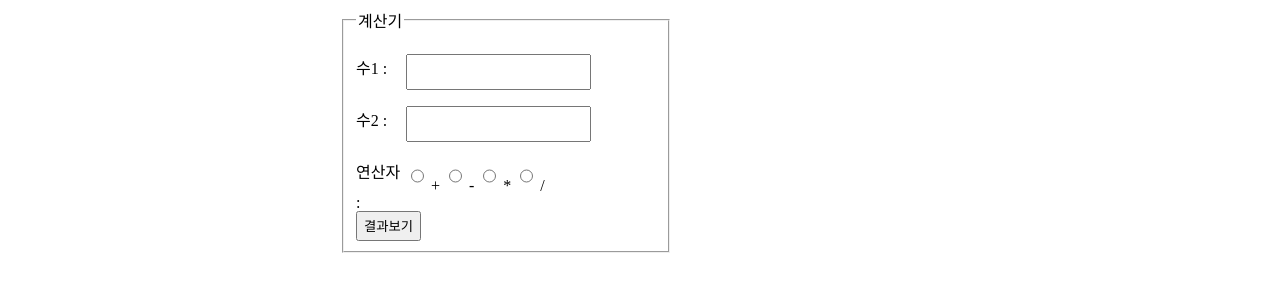
Repository: Kebiskim/2023_jspStudy
Page: 01_servlet/src/main/webapp/view/Ex07.html
These files come from the project's save history. The page is drawn as it stood at one moment and after a run of saves; the edit follows.
The browser window is 1280 px wide. The pictures show the whole page.

Above is the page before, as saved 2023-06-30 04:20:07.

After the next 2 saves:
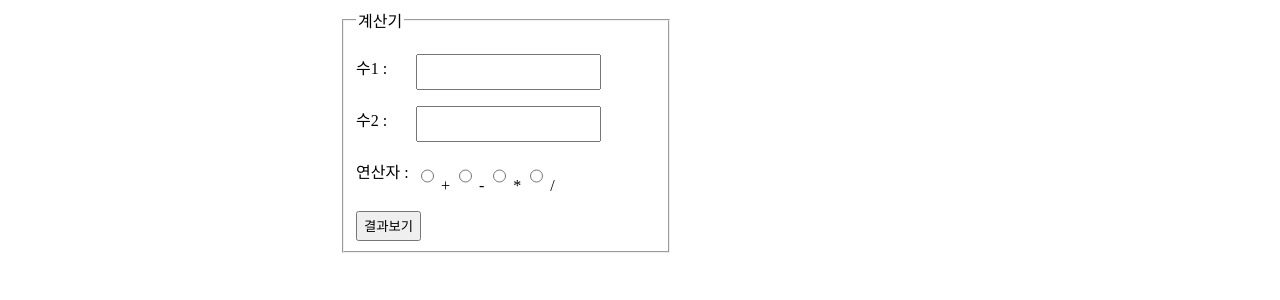
The 2 saves are shown as one change because they came seconds apart.
The last was saved 15 s later.
--- a/01_servlet/src/main/webapp/view/Ex07.html
+++ b/01_servlet/src/main/webapp/view/Ex07.html
@@ -13,8 +13,8 @@
 		margin: auto;
 	}
 	label{
-		width: 50px;
-		height: 30px;
+		width: 60px;
+		height: 20px;
 		float: left;
 		line-height: 30px;
 	}
